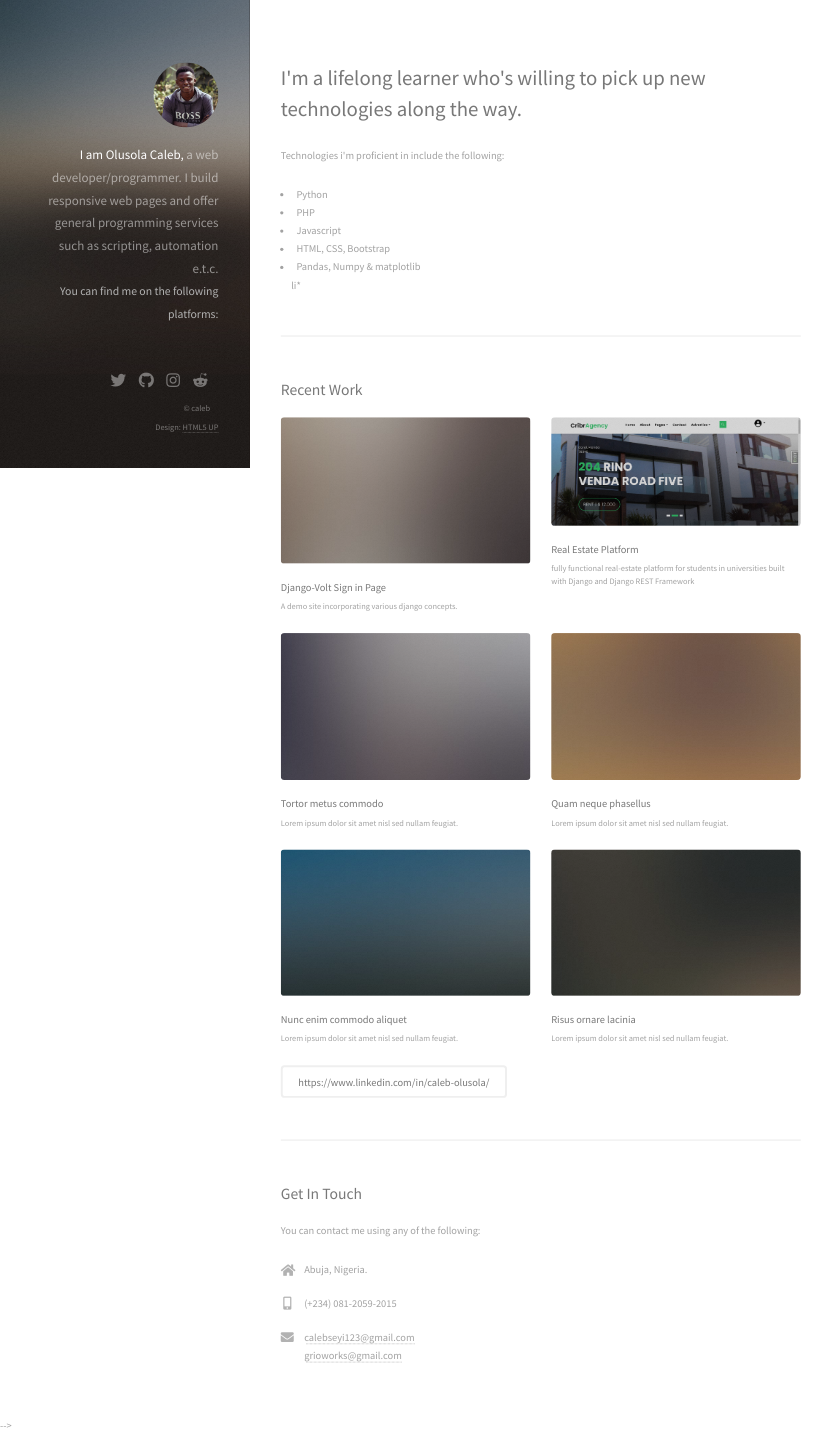
Repository: Caleb40/Caleb40.github.io
Page: index.html
These files come from the project's save history. The page is drawn as it stood at one moment and after the next save; the edit follows.
The browser window is 1280 px wide. The pictures show the whole page, at 65% of full size.

Above is the page before, as saved 2022-07-12 23:56:47.

After the next save:
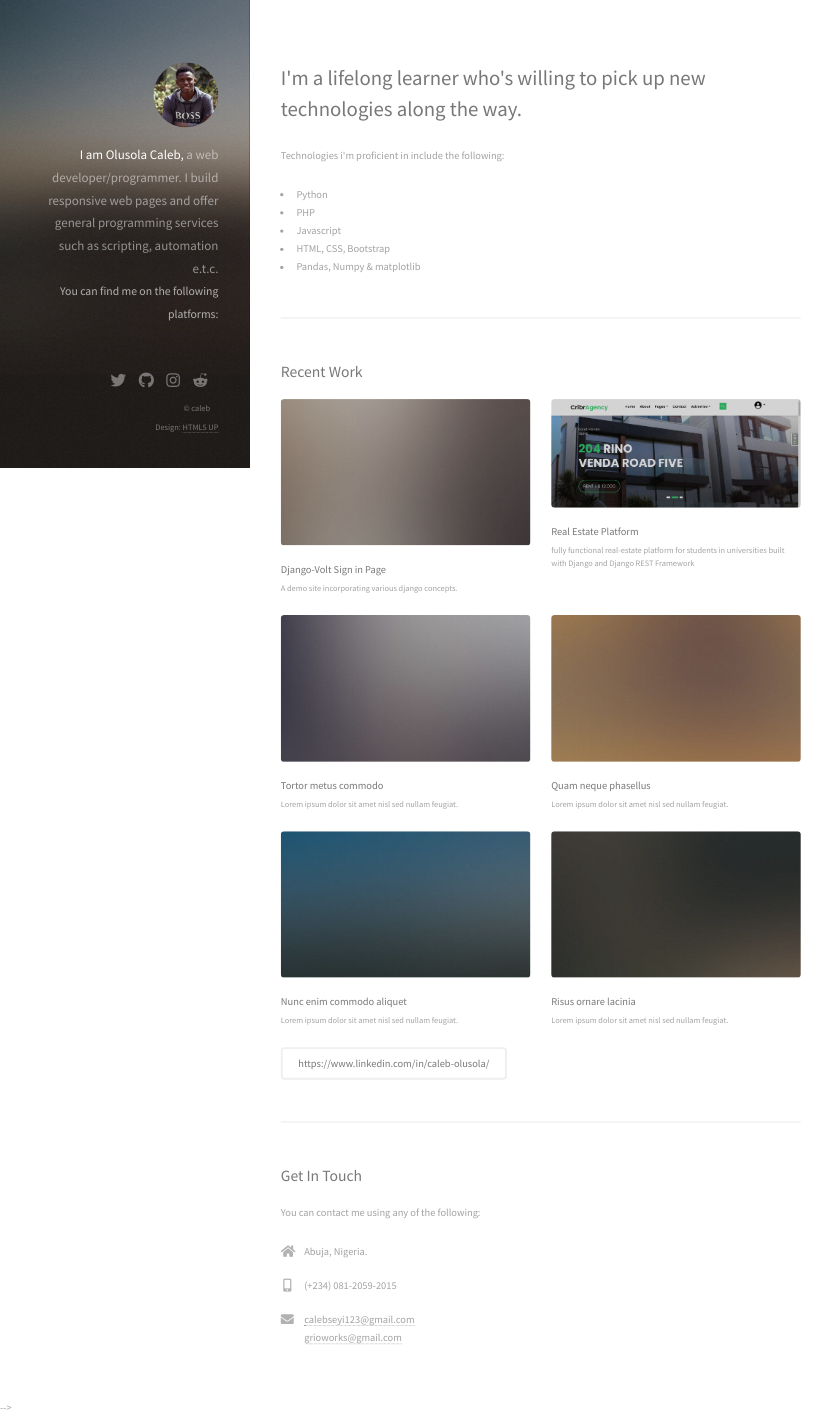
Saved 4 s later.
--- a/index.html
+++ b/index.html
@@ -37,7 +37,7 @@
 				<li>Javascript</li>
 				<li>HTML, CSS, Bootstrap</li>
 				<li>Pandas, Numpy & matplotlib</li>
-				li*
+
 			</ul>
 			<!-- <ul class="actions">
 				<li><a href="#" class="button">Learn More</a></li>

After the 3 saves that followed:
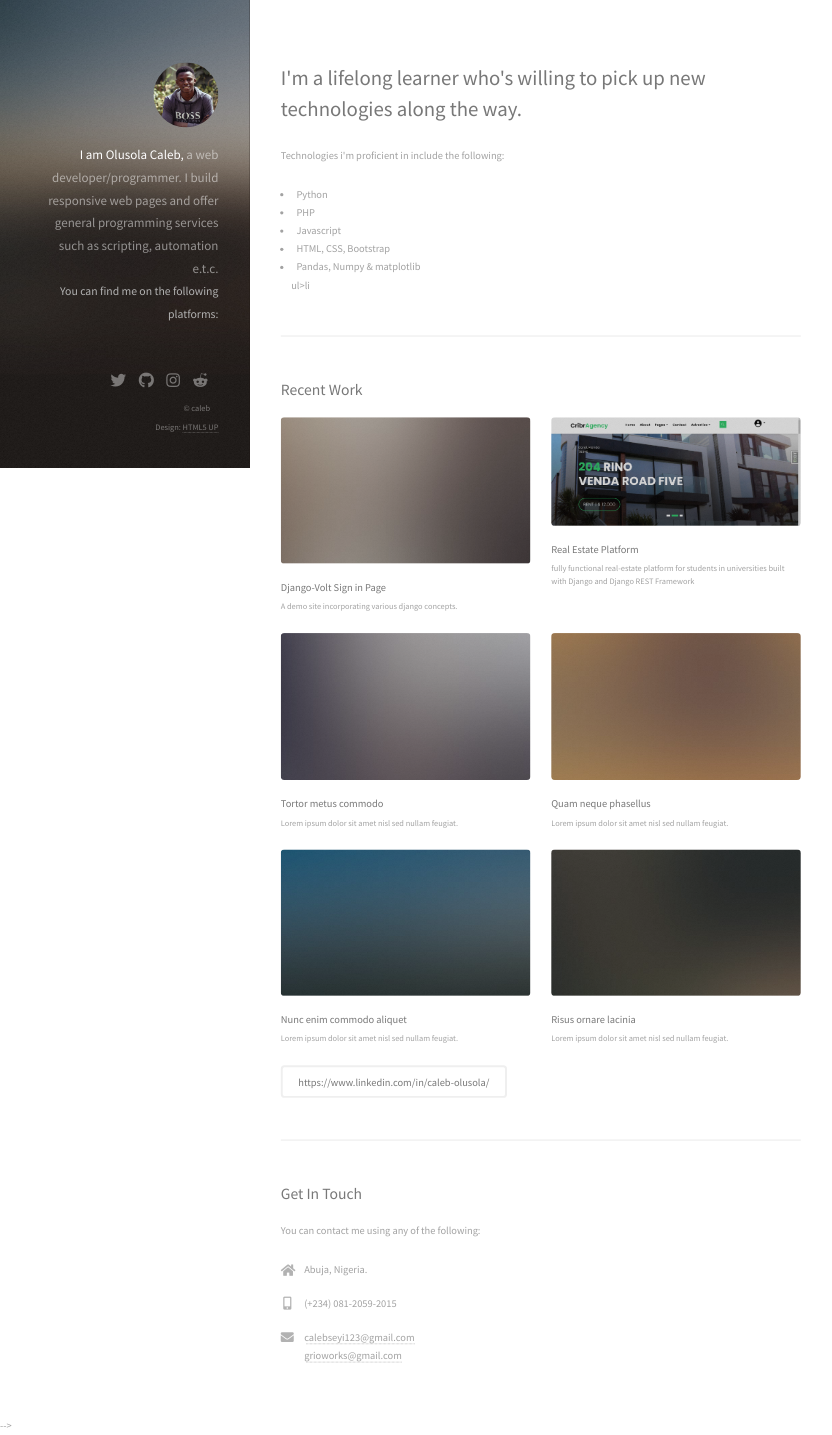
The 3 saves are shown as one change because they came seconds apart.
The last was saved 7 s later.
--- a/index.html
+++ b/index.html
@@ -37,7 +37,7 @@
 				<li>Javascript</li>
 				<li>HTML, CSS, Bootstrap</li>
 				<li>Pandas, Numpy & matplotlib</li>
-
+				ul>li
 			</ul>
 			<!-- <ul class="actions">
 				<li><a href="#" class="button">Learn More</a></li>
